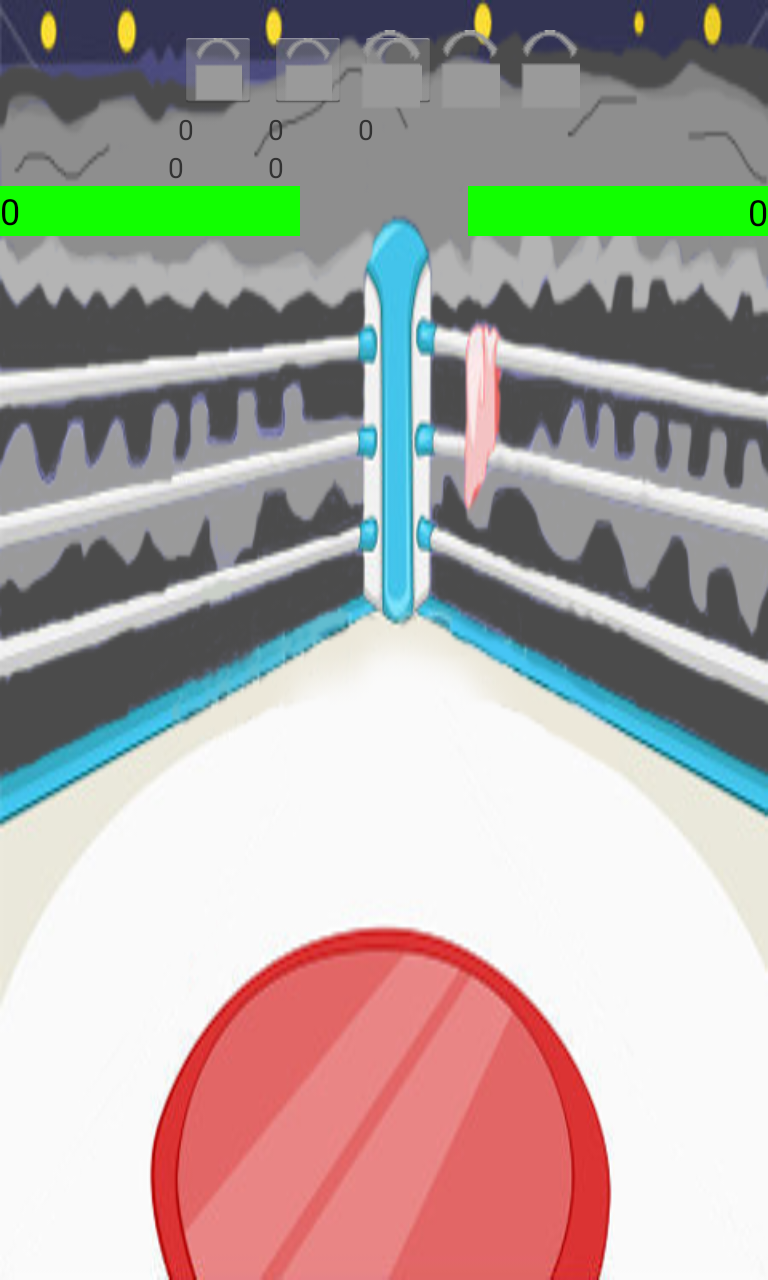
Repository: KrzysztofWolinski/WiesFight_Project
Layout: WiesFight/res/layout/activity_fight.xml
These files come from the project's save history. The layout is drawn as it stood at one moment and after the next save; the edit follows.
It is drawn on a 768 x 1280 px phone screen (xhdpi) without system bars, with theme AppTheme; the app's code is not run. The app's manifest (not shown) leaves right-to-left support off. So textAlignment, textDirection and layoutDirection are ignored, and left and right values win over start and end ones.

Above is the layout before, as saved 2015-01-11 21:28:19.

After the next save:
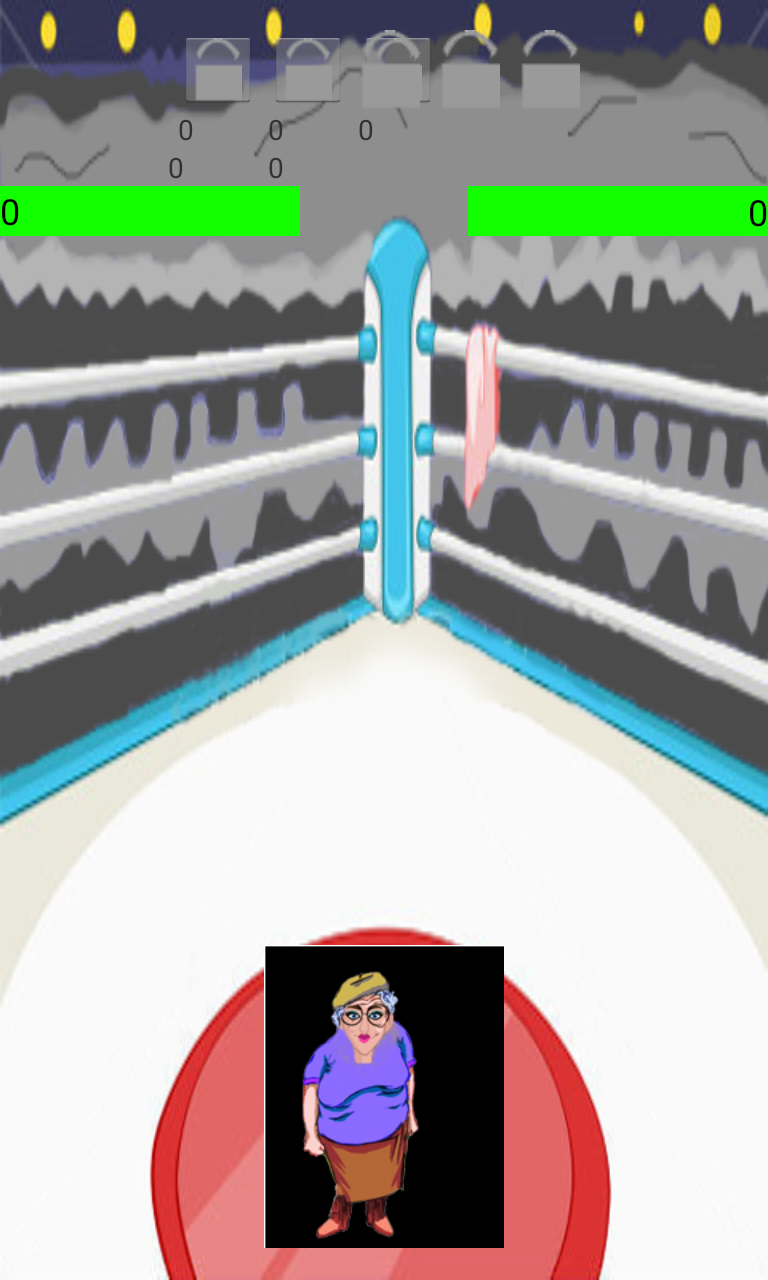
Saved 22 s later.
--- a/WiesFight/res/layout/activity_fight.xml
+++ b/WiesFight/res/layout/activity_fight.xml
@@ -30,7 +30,8 @@
         android:layout_height="wrap_content"
         android:layout_alignTop="@+id/userCharacter"
         android:layout_toLeftOf="@+id/imgAvatarOpponent"
-        android:onClick="onPressAttackButton" />
+        android:onClick="onPressAttackButton"
+        android:src="@drawable/moher_big" />
 
     <ImageView
         android:id="@+id/userCharacter"
@@ -38,7 +39,8 @@
         android:layout_height="wrap_content"
         android:layout_alignParentBottom="true"
         android:layout_marginBottom="16dp"
-        android:layout_toRightOf="@+id/imgAvatarUser" />
+        android:layout_toRightOf="@+id/imgAvatarUser"
+        android:src="@drawable/moher_big" />
 
     <ImageButton
         android:id="@+id/userDefenseItem"
